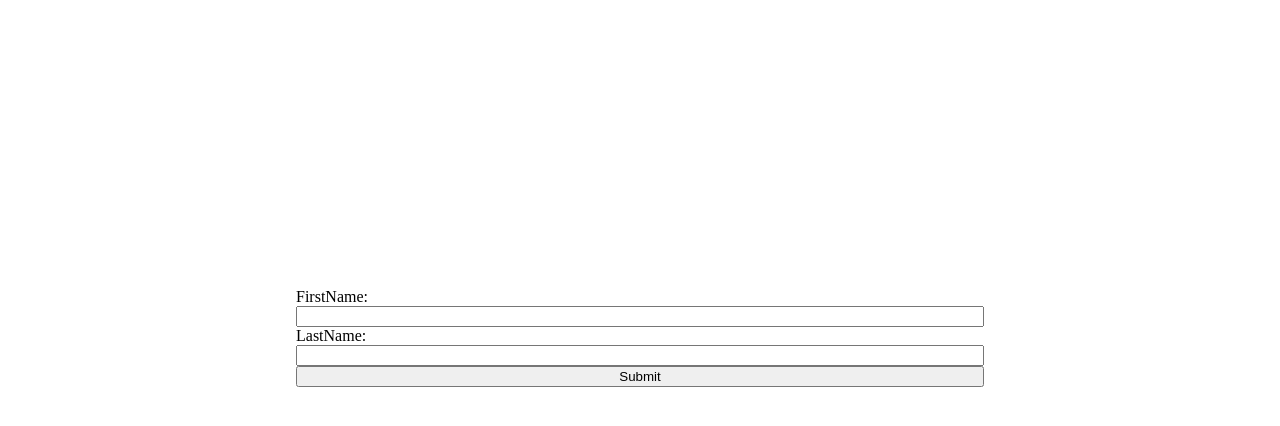
Repository: Vijay-aura/Wicket
Page: wicket-practice/src/main/java/com/form/InputFieldsPage.html
These files come from the project's save history. The page is drawn as it stood at one moment and after the next save; the edit follows.
The browser window is 1280 px wide. The pictures show the whole page.

Above is the page before, as saved 2024-03-04 12:42:29.

### wicket-practice/src/main/java/com/form/InputFieldsPage.html
<!DOCTYPE html>
<html xmlns="http://www.w3.org/1999/xhtml"
	xmlns:wicket=http://wicket.apache.org/dtds.data/wicket-xhtml1.4-strict.dtd>
<head>
<meta charset="ISO-8859-1">
<title>Insert title here</title>
<wicket:head>
	<style>
.form {
	display: flex;
	flex-direction: column;
	margin:18rem;
}
</style>
</wicket:head>
</head>
<body>
	<form wicket:id="form" class="form">
		FirstName: <input type="text" wicket:id="firstName"> LastName:
		<input type="text" wicket:id="lastName">
		<button wicket:id="button">Submit</button>
	</form>
	<div wicket:id="detailsContainer">
		<span wicket:id="details"></span>
	</div>

</body>
</html>

After the next save:
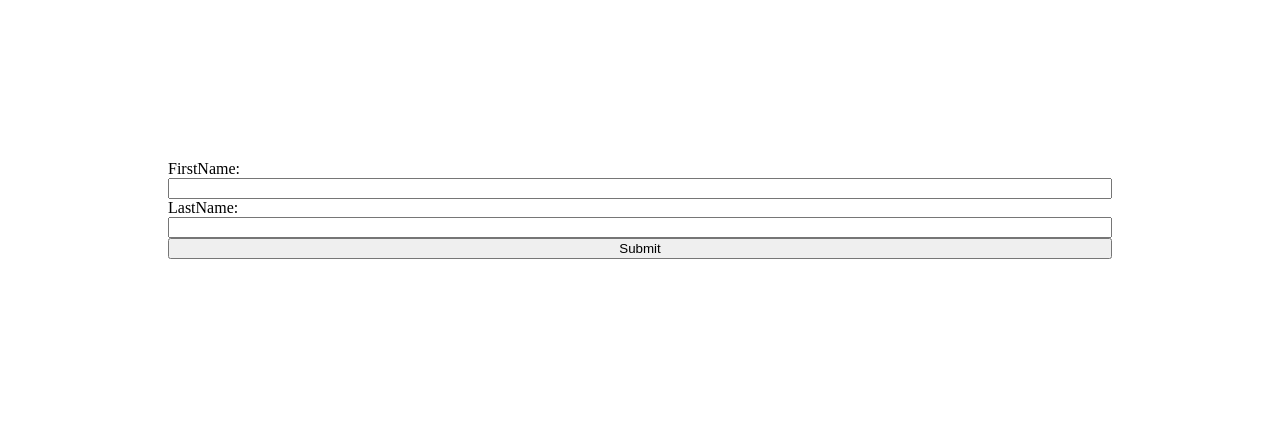
Saved 9 s later.
--- a/wicket-practice/src/main/java/com/form/InputFieldsPage.html
+++ b/wicket-practice/src/main/java/com/form/InputFieldsPage.html
@@ -9,7 +9,7 @@
 .form {
 	display: flex;
 	flex-direction: column;
-	margin:18rem;
+	margin:10rem;
 }
 </style>
 </wicket:head>
